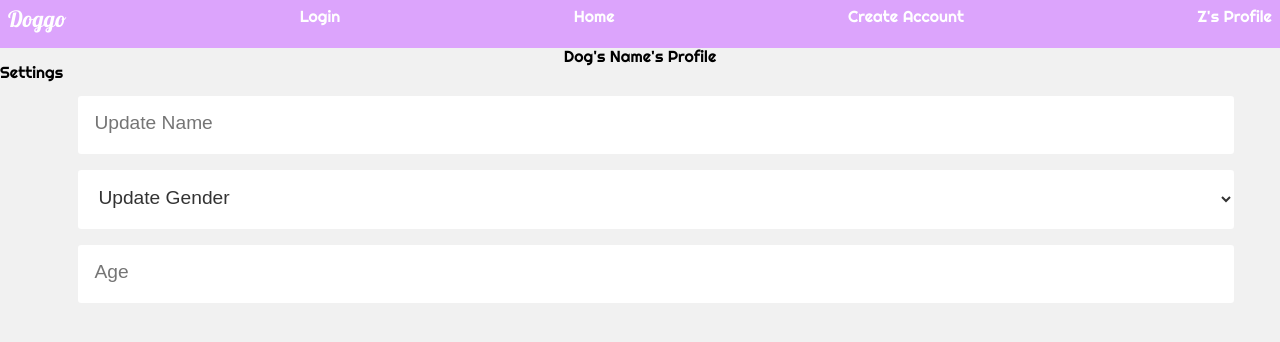
Repository: rh1456/capstone
Page: /5
The author's editor kept a copy of each file at every save. The page is drawn from the files as they stood at one save, then again after the next save.
The browser window is 1280 px wide. The pictures show the whole page.
Some web libraries are served in a nearby version. The project was rebuilt for these pictures with package versions that can differ from the ones it lists, and the page was loaded fresh each time. Also part of the build but not shown: src/pages/MainPage.jsx, src/pages/CreateAccount.jsx, src/pages/DoggoLandingPage.jsx, src/pages/DogProfile.jsx, src/pages/PlayDateForm.jsx.

Above is the page before, as saved 2020-01-11 18:51:05.

After the next save:
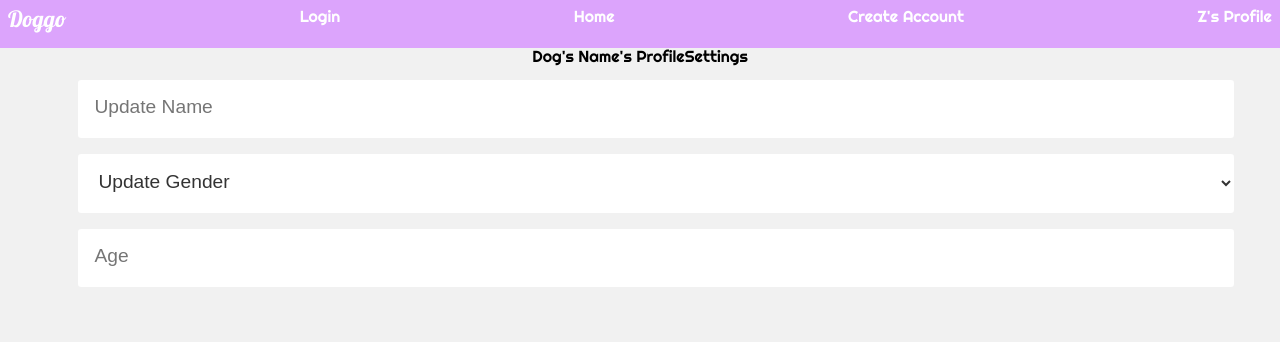
Saved 27 s later.
--- a/src/pages/ProfileSettings.jsx
+++ b/src/pages/ProfileSettings.jsx
@@ -6,10 +6,8 @@ const ProfileSettings = () => {
     <>
       <header className="setting-header">
         <span>Dog's Name</span>'s Profile
+        <p className="settings-p">Settings</p>
       </header>
-      <section className="settings-section">
-        <p className="settings-p">Settings</p>
-      </section>
       <div className="profile-settings-container">
         <section className="update-account-details">
           <label className="update-label" htmlFor="dogs-name">
